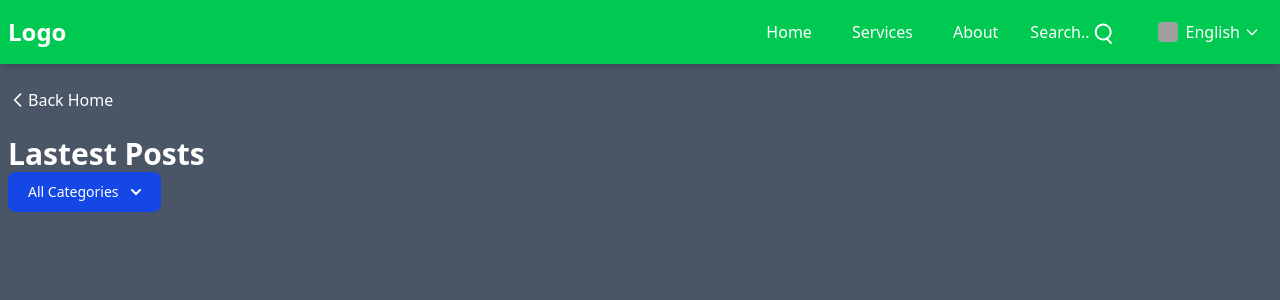
Repository: saroeuntola/we-share
Page: http://localhost/last-post
The author's editor kept a copy of each file at every save. The page is drawn from the files as they stood at one save, then again after the next save.
The browser window is 1280 px wide. The pictures show the whole page.
Pictures or frames that could not be fetched are drawn as grey boxes. The page is run by PHP 8.4 with error messages shown; the project is at /var/www/html/. Style sheets and scripts are compiled from the project's sources, by tool versions that may differ from the author's. Queries for data that is not in the repository find no rows.

Above is the page before, as saved 2025-08-28 19:34:34.

### last-post.php
<?php
include './admin/lib/db.php';
include './admin/lib/post_lib.php';
include './admin/lib/category_lib.php';
include './admin/lib/subcategory_lib.php';

$postModel = new Post();
$categoryModel = new Category();
$subcategoryModel = new Subcategory();

// --- FILTERS ---
$categorySlug = $_GET['category'] ?? null;
$subcategorySlug = $_GET['subcategory'] ?? null;

$categoryId = null;
$subcategoryId = null;
$subcategories = [];

// Get category
if ($categorySlug) {
    $cat = $categoryModel->getCategory($categorySlug);
    $categoryId = $cat['id'] ?? null;

    if ($categoryId) {
        $subcategories = $subcategoryModel->getSubcategoriesByCategory($categoryId);
    }
}

// Get subcategory
if ($subcategorySlug && $categoryId) {
    $sub = $subcategoryModel->getSubcategory($subcategorySlug);
    $subcategoryId = $sub['id'] ?? null;
}

// --- GET POSTS ---
$allPosts = array_filter($postModel->getPosts(), function ($p) use ($categoryId, $subcategoryId) {
    if ($categoryId && $p['category_id'] != $categoryId) return false;
    if ($subcategoryId && $p['subcategory_id'] != $subcategoryId) return false;
    return true;
});

// Sort descending
usort($allPosts, fn($a, $b) => strtotime($b['created_at']) - strtotime($a['created_at']));
?>
<!DOCTYPE html>
<html lang="en">

<head>
    <meta charset="UTF-8">
    <meta name="viewport" content="width=device-width, initial-scale=1.0">
    <title>Lastest Posts</title>
    <link rel="stylesheet" href="./assets/css/output.css">
    <link rel="stylesheet" href="./assets/css/custom.css">
</head>

<body class="bg-gray-600">
    <header class="fixed z-10 w-full" id="header">
        <?php
        include 'head-bar.php'
        ?>
    </header>
    <main class="max-w-7xl m-auto p-2 mt-[80px]">
        <div class="">
            <a href="index.php"
                class="inline-flex justify-end items-center text-white hover:text-green-400 transition mb-6">
                <!-- Arrow Icon -->
                <svg class="w-5 h-5" fill="none" stroke="currentColor" stroke-width="2"
                    viewBox="0 0 24 24" xmlns="http://www.w3.org/2000/svg">
                    <path stroke-linecap="round" stroke-linejoin="round" d="M15 19l-7-7 7-7" />
                </svg>
                Back Home
            </a>
            <h1 class="lg:text-3xl text-2xl font-bold text-white">Lastest Posts</h1>

            <!-- CATEGORY FILTER -->
            <div class="relative inline-block mb-4">
                <button id="dropdownButton" type="button"
                    class="text-white bg-blue-700 hover:bg-green-600 focus:outline-none focus:ring-blue-300 font-medium rounded-lg text-sm px-5 py-2.5 text-center inline-flex items-center"
                    onclick="toggleDropdown('categoryDropdown')">
                    <?= $categorySlug
                        ? htmlspecialchars($categoryModel->getCategory($categorySlug)['name'])
                        : 'All Categories' ?>
                    <svg class="w-2.5 h-2.5 ms-3" aria-hidden="true" xmlns="http://www.w3.org/2000/svg" fill="none" viewBox="0 0 10 6">
                        <path stroke="currentColor" stroke-linecap="round" stroke-linejoin="round" stroke-width="2" d="m1 1 4 4 4-4" />
                    </svg>
                </button>

                <!-- Dropdown menu -->
                <div id="categoryDropdown" class="absolute z-10 hidden bg-white divide-y divide-gray-100 rounded-lg shadow w-44 mt-2">
                    <ul class="py-2 text-sm text-gray-700">
                        <li>
                            <a href="<?= $_SERVER['PHP_SELF'] ?>" class="block px-4 py-2 hover:bg-gray-100">
                                All Categories
                            </a>
                        </li>
                        <?php foreach ($categoryModel->getCategories() as $catOption): ?>
                            <li>
                                <a href="?category=<?= htmlspecialchars($catOption['slug']) ?>"
                                    class="block px-4 py-2 hover:bg-gray-100">
                                    <?= htmlspecialchars($catOption['name']) ?>
                                </a>
                            </li>
                        <?php endforeach; ?>
                    </ul>
                </div>
            </div>
        </div>
    </main>
    <!-- SUBCATEGORY FILTER -->
    <?php if (!empty($subcategories)): ?>
        <div class="mb-4 flex flex-wrap gap-2 max-w-7xl m-auto px-2">
            <a href="?category=<?= htmlspecialchars($categorySlug) ?>"
                class="px-3 py-1 rounded <?= !$subcategorySlug ? 'bg-green-700 text-white' : 'bg-gray-300 text-gray-800' ?>">
                All Subcategories
            </a>
            <?php foreach ($subcategories as $sub): ?>
                <a href="?category=<?= htmlspecialchars($categorySlug) ?>&subcategory=<?= htmlspecialchars($sub['slug']) ?>"
                    class="px-3 py-1 rounded <?= ($subcategorySlug === $sub['slug']) ? 'bg-green-700 text-white' : 'bg-gray-300 text-gray-800' ?>">
                    <?= htmlspecialchars($sub['name']) ?>
                </a>
            <?php endforeach; ?>
        </div>
    <?php endif; ?>

    <!-- POSTS GRID -->
    <div class="grid grid-cols-2 md:grid-cols-3 lg:grid-cols-4 gap-2 max-w-7xl m-auto px-2">
        <?php foreach ($allPosts as $p):
            $cat = $categoryModel->getCategory($p['category_id']);
            $sub = $p['subcategory_id'] ? $subcategoryModel->getSubcategory($p['subcategory_id']) : null;
        ?>
            <div class="bg-gray-800 rounded-lg shadow-md overflow-hidden">
                <a href="detail.php?slug=<?= htmlspecialchars($p['slug']) ?>&lang=<?= $lang ?>" class=" cursor-pointer">
                    <?php if (!empty($p['image'])): ?>
                        <img src=" ./admin/posts/uploads/<?= htmlspecialchars($p['image']) ?>"
                    alt="<?= htmlspecialchars($p['name']) ?>" class="w-full h-[120px] md:h-[130px] lg:h-[180px] rounded-none">
                <?php endif; ?>
                <div class="p-2 text-white">
                    <h2 class="font-semibold lg:text-lg text-[14px]"><?= htmlspecialchars($p['name']) ?></h2>
                    <p class="text-gray-300 text-sm">
                        <?= htmlspecialchars($cat['name'] ?? '') ?>
                        <?= $sub ? ' / ' . htmlspecialchars($sub['name']) : '' ?>
                    </p>
                </div>
                </a>

            </div>
        <?php endforeach; ?>
    </div>


    <script>
        function toggleDropdown(id) {
            const dropdown = document.getElementById(id);
            dropdown.classList.toggle('hidden');
        }

        // Optional: close dropdown when clicking outside
        window.addEventListener('click', function(e) {
            const dropdown = document.getElementById('categoryDropdown');
            const button = document.getElementById('dropdownButton');
            if (!dropdown.contains(e.target) && !button.contains(e.target)) {
                dropdown.classList.add('hidden');
            }
        });
    </script>
</body>

</html>

### admin/lib/db.php

<?php

function dbConn()
{
   $servername = "localhost";
    $username = "root";
    $password = "";
    $db = "weshare";

    try {
        $conn = new PDO("mysql:host=$servername;dbname=$db", $username, $password);
        $conn->setAttribute(PDO::ATTR_ERRMODE, PDO::ERRMODE_EXCEPTION);
        return $conn;
    } catch (PDOException $e) {
        die("Connection failed: " . $e->getMessage());
    }
}

function dbClose(&$conn)
{
    $conn = null;
}

function dbSelect($table, $column = "*", $criteria = "", $clause = "")
{
    if (empty($table)) return false;

    $sql = "SELECT $column FROM $table";
    if (!empty($criteria)) $sql .= " WHERE $criteria";
    if (!empty($clause)) $sql .= " $clause";

    $conn = dbConn();
    try {
        $stmt = $conn->query($sql);
        $result = $stmt->fetchAll(PDO::FETCH_ASSOC);
        dbClose($conn);
        return $result;
    } catch (PDOException $e) {
        echo "Error in selecting data: " . $e->getMessage();
        return false;
    }
}

function dbInsert($table, $data = array())
{
    if (empty($table) || empty($data)) return false;

    $conn = dbConn();
    $fields = implode(", ", array_keys($data));
    $placeholders = ":" . implode(", :", array_keys($data));
    $sql = "INSERT INTO $table ($fields) VALUES ($placeholders)";

    try {
        $stmt = $conn->prepare($sql);
        $stmt->execute($data);
        dbClose($conn);
        return true;
    } catch (PDOException $e) {
        echo "Error inserting data: " . $e->getMessage();
        return false;
    }
}

function dbUpdate($table, $data = array(), $criteria = "")
{
    if (empty($table) || empty($data) || empty($criteria)) return false;

    $conn = dbConn();
    $setClause = "";
    foreach ($data as $key => $val) {
        $setClause .= "$key = :$key, ";
    }
    $setClause = rtrim($setClause, ", ");
    $sql = "UPDATE $table SET $setClause WHERE $criteria";

    try {
        $stmt = $conn->prepare($sql);
        $stmt->execute($data);
        dbClose($conn);
        return true;
    } catch (PDOException $e) {
        echo "Error updating data: " . $e->getMessage();
        return false;
    }
}

function dbDelete($table, $criteria)
{
    if (empty($table) || empty($criteria)) return false;

    $sql = "DELETE FROM $table WHERE $criteria";
    $conn = dbConn();

    try {
        $stmt = $conn->prepare($sql);
        $stmt->execute();
        dbClose($conn);
        return true;
    } catch (PDOException $e) {
        echo "Error deleting data: " . $e->getMessage();
        return false;
    }
}

function dbCount($table = "", $criteria = "")
{
    if (empty($table)) return false;

    $sql = "SELECT COUNT(*) as count FROM $table";
    if (!empty($criteria)) $sql .= " WHERE $criteria";

    $conn = dbConn();
    try {
        $stmt = $conn->query($sql);
        $result = $stmt->fetch(PDO::FETCH_ASSOC);
        dbClose($conn);
        return $result['count'];
    } catch (PDOException $e) {
        echo "Error counting data: " . $e->getMessage();
        return false;
    }
}

?>

### admin/lib/category_lib.php
<?php
class Category
{
    private $db;
    private $lang;

    public function __construct($lang = 'en')
    {
        $this->db = dbConn();
        $this->lang = in_array($lang, ['en', 'kh']) ? $lang : 'en';
    }

    private function generateSlug($string)
    {
        $slug = strtolower(trim($string));
        $slug = preg_replace('/[^a-z0-9\- ]/', '', $slug);
        $slug = preg_replace('/\s+/', '-', $slug);
        $slug = preg_replace('/-+/', '-', $slug);

        $baseSlug = $slug;
        $i = 1;
        while ($this->slugExists($slug)) {
            $slug = $baseSlug . '-' . $i;
            $i++;
        }
        return $slug;
    }

    private function slugExists($slug)
    {
        $stmt = $this->db->prepare("SELECT COUNT(*) FROM categories WHERE slug = :slug");
        $stmt->execute(['slug' => $slug]);
        return $stmt->fetchColumn() > 0;
    }

    public function createCategory($name_en, $name_kh = null)
    {
        $slug = $this->generateSlug($name_en);
        $stmt = $this->db->prepare("INSERT INTO categories (name, name_kh, slug) VALUES (:name, :name_kh, :slug)");
        return $stmt->execute([
            'name' => $name_en,
            'name_kh' => $name_kh,
            'slug' => $slug
        ]);
    }

    // GET all categories
    public function getCategories()
    {
        $sql = "SELECT *,
                CASE WHEN :lang = 'kh' THEN name_kh ELSE name END AS name
                FROM categories
                ORDER BY name ASC";
        $stmt = $this->db->prepare($sql);
        $stmt->bindValue(':lang', $this->lang, PDO::PARAM_STR);
        $stmt->execute();
        return $stmt->fetchAll(PDO::FETCH_ASSOC);
    }

    // GET category by ID or slug
    public function getCategory($identifier)
    {
        if (is_numeric($identifier)) {
            $sql = "SELECT *,
                    CASE WHEN :lang = 'kh' THEN name_kh ELSE name END AS name
                    FROM categories
                    WHERE id = :id
                    LIMIT 1";
            $stmt = $this->db->prepare($sql);
            $stmt->bindValue(':id', $identifier, PDO::PARAM_INT);
        } else {
            $sql = "SELECT *,
                    CASE WHEN :lang = 'kh' THEN name_kh ELSE name END AS name
                    FROM categories
                    WHERE slug = :slug
                    LIMIT 1";
            $stmt = $this->db->prepare($sql);
            $stmt->bindValue(':slug', $identifier, PDO::PARAM_STR);
        }
        $stmt->bindValue(':lang', $this->lang, PDO::PARAM_STR);
        $stmt->execute();
        return $stmt->fetch(PDO::FETCH_ASSOC);
    }

    public function updateCategory($id, $newName_en, $newName_kh = null)
    {
        $slug = $this->generateSlug($newName_en);
        $stmt = $this->db->prepare("
            UPDATE categories SET
                name = :name_en,
                name_kh = :name_kh,
                slug = :slug

            WHERE id = :id
        ");
        return $stmt->execute([
            'name_en' => $newName_en,
            'name_kh' => $newName_kh,
            'slug' => $slug,
            'id' => $id
        ]);
    }

    public function deleteCategory($id)
    {
        $stmt = $this->db->prepare("DELETE FROM categories WHERE id = :id");
        return $stmt->execute(['id' => $id]);
    }

    public function deleteCatBySlug($slug)
    {
        $stmt = $this->db->prepare("DELETE FROM categories WHERE slug = :slug");
        return $stmt->execute(['slug' => $slug]);
    }
}

### admin/lib/subcategory_lib.php
<?php
class Subcategory
{
    private $db;
    private $lang;

    public function __construct($lang = 'en')
    {
        $this->db = dbConn();
        $this->lang = in_array($lang, ['en', 'kh']) ? $lang : 'en';
    }

    // GET all subcategories
    public function getAllSubcategory($lang = 'en')
    {
        $lang = in_array($lang, ['en', 'kh']) ? $lang : 'en';

        $sql = "SELECT s.*,
                   CASE WHEN :lang = 'kh' THEN s.name_kh ELSE s.name END AS name,
                   c.name AS category_name
            FROM subcategories s
            INNER JOIN categories c ON s.category_id = c.id";

        $stmt = $this->db->prepare($sql);
        $stmt->bindValue(':lang', $lang, PDO::PARAM_STR);
        $stmt->execute();

        return $stmt->fetchAll(PDO::FETCH_ASSOC);
    }


    private function generateSlug($string)
    {
        $slug = strtolower(trim($string));
        $slug = preg_replace('/[^a-z0-9\- ]/', '', $slug);
        $slug = preg_replace('/\s+/', '-', $slug);
        $slug = preg_replace('/-+/', '-', $slug);

        $baseSlug = $slug;
        $i = 1;
        while ($this->slugExists($slug)) {
            $slug = $baseSlug . '-' . $i;
            $i++;
        }
        return $slug;
    }

    private function slugExists($slug)
    {
        $stmt = $this->db->prepare("SELECT COUNT(*) FROM subcategories WHERE slug = :slug");
        $stmt->execute(['slug' => $slug]);
        return $stmt->fetchColumn() > 0;
    }

    // CREATE subcategory
    public function createSubcategory($category_id, $name_en, $name_kh = null, $added_by = null)
    {
        $slug = $this->generateSlug($name_en);
        $stmt = $this->db->prepare("
            INSERT INTO subcategories (category_id, name, name_kh, slug, added_by)
            VALUES (:category_id, :name_en, :name_kh, :slug, :added_by)
        ");
        return $stmt->execute([
            'category_id' => $category_id,
            'name_en' => $name_en,
            'name_kh' => $name_kh,
            'slug' => $slug,
            'added_by' => $added_by
        ]);
    }

    // GET subcategories by category ID
    public function getSubcategoriesByCategory($category_id)
    {
        $sql = "SELECT *,
                CASE WHEN :lang = 'kh' THEN name_kh ELSE name END AS name
                FROM subcategories
                WHERE category_id = :category_id
                ORDER BY name ASC";
        $stmt = $this->db->prepare($sql);
        $stmt->bindValue(':category_id', $category_id, PDO::PARAM_INT);
        $stmt->bindValue(':lang', $this->lang, PDO::PARAM_STR);
        $stmt->execute();
        return $stmt->fetchAll(PDO::FETCH_ASSOC);
    }

    // GET subcategories by category slug
    public function getSubcategoriesByCategorySlug($category_slug)
    {
        $sql = "SELECT s.*,
                CASE WHEN :lang = 'kh' THEN s.name_kh ELSE s.name END AS name
                FROM subcategories s
                INNER JOIN categories c ON s.category_id = c.id
                WHERE c.slug = :slug
                ORDER BY s.name ASC";
        $stmt = $this->db->prepare($sql);
        $stmt->bindValue(':slug', $category_slug, PDO::PARAM_STR);
        $stmt->bindValue(':lang', $this->lang, PDO::PARAM_STR);
        $stmt->execute();
        return $stmt->fetchAll(PDO::FETCH_ASSOC);
    }

    // GET single subcategory by ID or slug
    public function getSubcategory($identifier)
    {
        if (is_numeric($identifier)) {
            $sql = "SELECT *,
                    CASE WHEN :lang = 'kh' THEN name_kh ELSE name END AS name
                    FROM subcategories
                    WHERE id = :id
                    LIMIT 1";
            $stmt = $this->db->prepare($sql);
            $stmt->bindValue(':id', $identifier, PDO::PARAM_INT);
        } else {
            $sql = "SELECT *,
                    CASE WHEN :lang = 'kh' THEN name_kh ELSE name END AS name
                    FROM subcategories
                    WHERE slug = :slug
                    LIMIT 1";
            $stmt = $this->db->prepare($sql);
            $stmt->bindValue(':slug', $identifier, PDO::PARAM_STR);
        }

        $stmt->bindValue(':lang', $this->lang, PDO::PARAM_STR);
        $stmt->execute();
        return $stmt->fetch(PDO::FETCH_ASSOC);
    }

    // UPDATE subcategory
    public function updateSubcategory($identifier, $newName_en = null, $newName_kh = null, $newCategoryId = null, $newAdded_by = null)
    {
        $sub = $this->getSubcategory($identifier);
        if (!$sub) return false;

        $slug = $newName_en ? $this->generateSlug($newName_en) : $sub['slug'];

        $sql = "UPDATE subcategories SET name = :name_en, name_kh = :name_kh, slug = :slug";
        $params = [
            'name_en' => $newName_en ?? $sub['name'],
            'name_kh' => $newName_kh ?? $sub['name_kh'],
            'slug' => $slug,
            'id' => $sub['id']
        ];

        if ($newCategoryId !== null) {
            $sql .= ", category_id = :category_id";
            $params['category_id'] = $newCategoryId;
        }

        if ($newAdded_by !== null) {
            $sql .= ", added_by = :added_by";
            $params['added_by'] = $newAdded_by;
        }

        $sql .= " WHERE id = :id";
        $stmt = $this->db->prepare($sql);
        return $stmt->execute($params);
    }

    // DELETE subcategory
    public function deleteSubcategory($identifier)
    {
        $sub = $this->getSubcategory($identifier);
        if (!$sub) return false;

        $stmt = $this->db->prepare("DELETE FROM subcategories WHERE id = :id");
        return $stmt->execute(['id' => $sub['id']]);
    }
}

### assets/css/custom.css
#header {
  top: 0;
}

.khmer-font-nav{
    font-family: "Moul", serif;
    font-weight: 400;
    font-style: normal;
    font-size: 14px;
}

    .khmer-font {
        font-family: "Battambang", system-ui;
        font-weight: 100;
        font-style: normal;
        font-size: 14px;
    }
    .khmer-font-kulen{
       font-family: "Koulen", sans-serif;
  font-weight: 400;
  font-style: normal;
  font-size: 17px;
    }

Loaded but not shown: assets/css/input.css (common file); head-bar.php (327 lines, source omitted); admin/lib/post_lib.php (349 lines, source omitted)

After the next save:
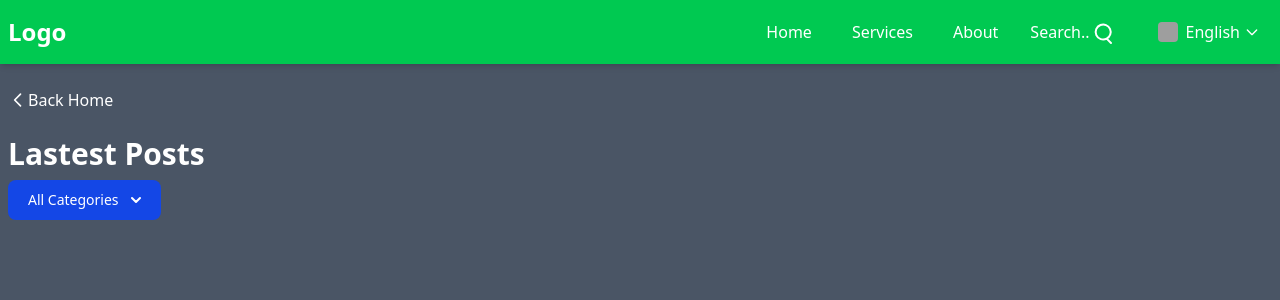
Saved 2 min 29 s later.
--- a/last-post.php
+++ b/last-post.php
@@ -73,7 +73,7 @@ usort($allPosts, fn($a, $b) => strtotime($b['created_at']) - strtotime($a['creat
             <h1 class="lg:text-3xl text-2xl font-bold text-white">Lastest Posts</h1>
 
             <!-- CATEGORY FILTER -->
-            <div class="relative inline-block mb-4">
+            <div class="relative inline-block mb-4 mt-2">
                 <button id="dropdownButton" type="button"
                     class="text-white bg-blue-700 hover:bg-green-600 focus:outline-none focus:ring-blue-300 font-medium rounded-lg text-sm px-5 py-2.5 text-center inline-flex items-center"
                     onclick="toggleDropdown('categoryDropdown')">
